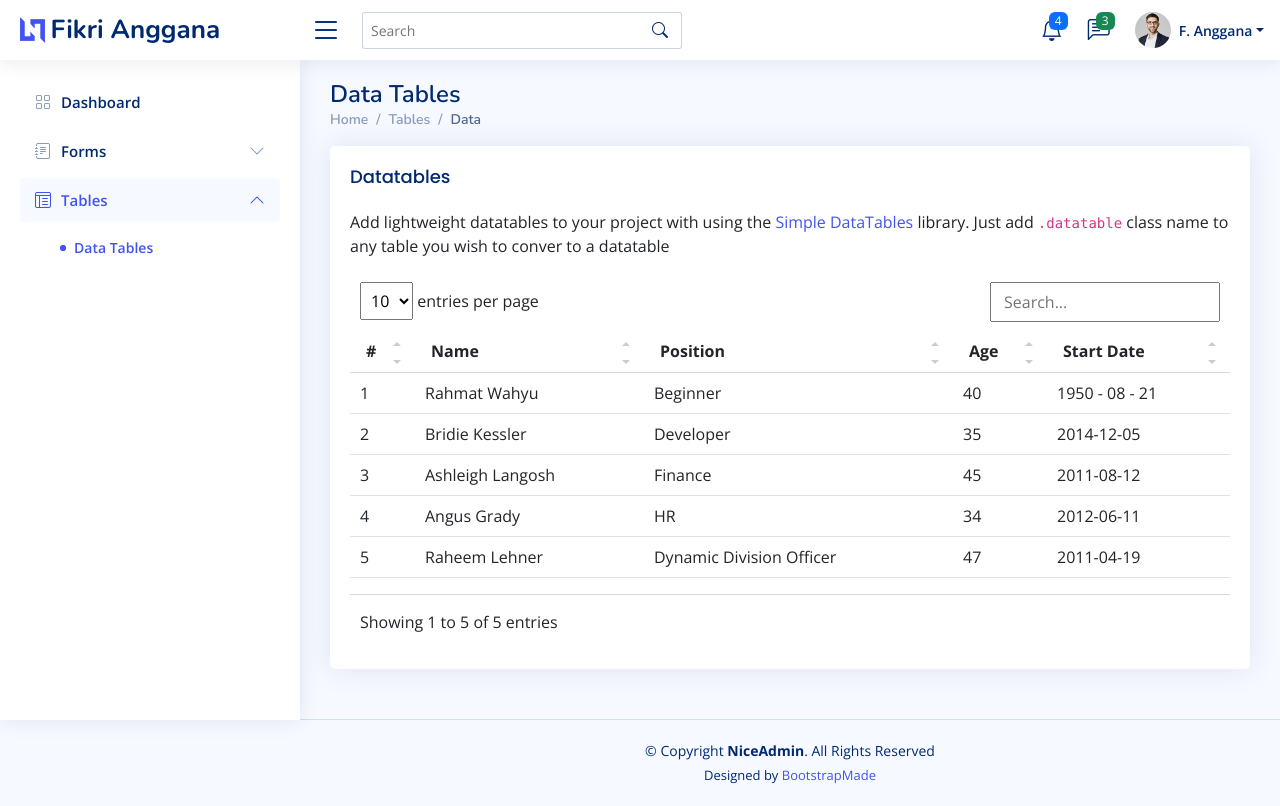
Repository: fikrianggana/PRG4_M2_P1_088
Page: NiceAdmin/tables-data.html
An editor plug-in stored every save of this project. The page is shown before and after the next save, followed by the edit.
The browser window is 1280 px wide. The pictures show the whole page.

Above is the page before, as saved 2023-09-18 15:15:30.

After the next save:
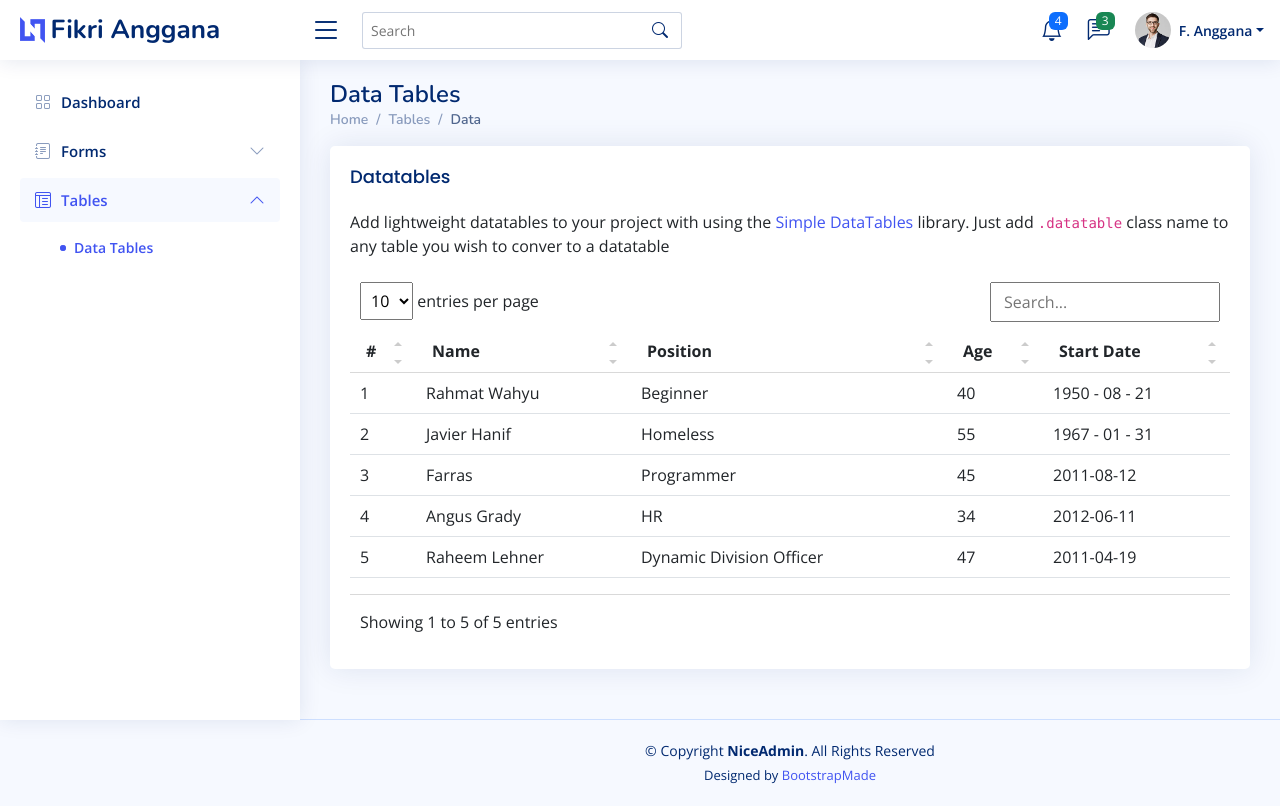
Saved 60 s later.
--- a/NiceAdmin/tables-data.html
+++ b/NiceAdmin/tables-data.html
@@ -353,15 +353,15 @@
                   </tr>
                   <tr>
                     <th scope="row">2</th>
-                    <td>Bridie Kessler</td>
-                    <td>Developer</td>
-                    <td>35</td>
-                    <td>2014-12-05</td>
+                    <td>Javier Hanif</td>
+                    <td>Homeless</td>
+                    <td>55</td>
+                    <td>1967 - 01 - 31</td>
                   </tr>
                   <tr>
                     <th scope="row">3</th>
-                    <td>Ashleigh Langosh</td>
-                    <td>Finance</td>
+                    <td>Farras</td>
+                    <td>Programmer</td>
                     <td>45</td>
                     <td>2011-08-12</td>
                   </tr>
